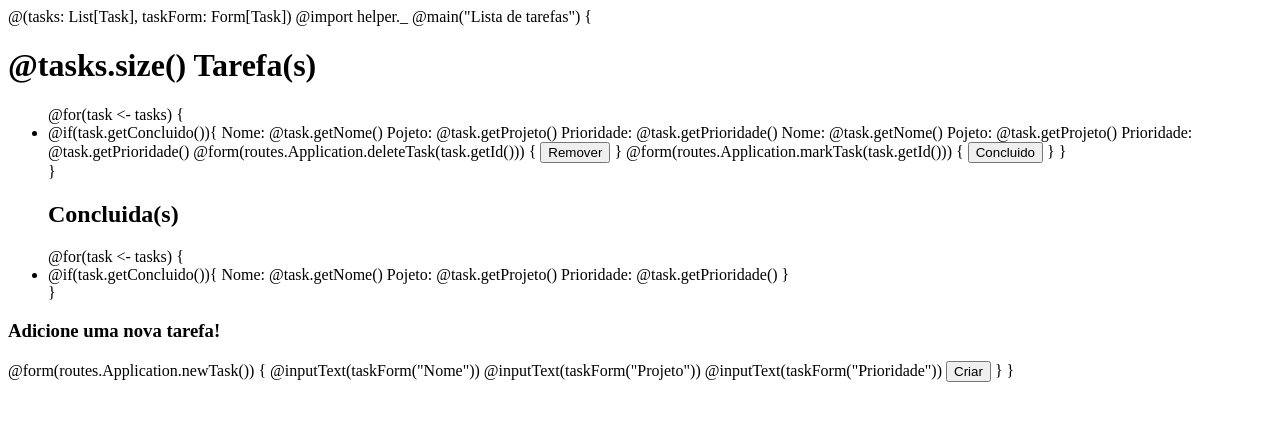
Repository: lcavalcante/si1
Page: lab2/.target/views/index.scala.html
An editor plug-in stored every save of this project. The page is shown before and after the next save, followed by the edit.
The browser window is 1280 px wide. The pictures show the whole page.

Above is the page before, as saved 2013-11-27 00:35:56.

After the next save:
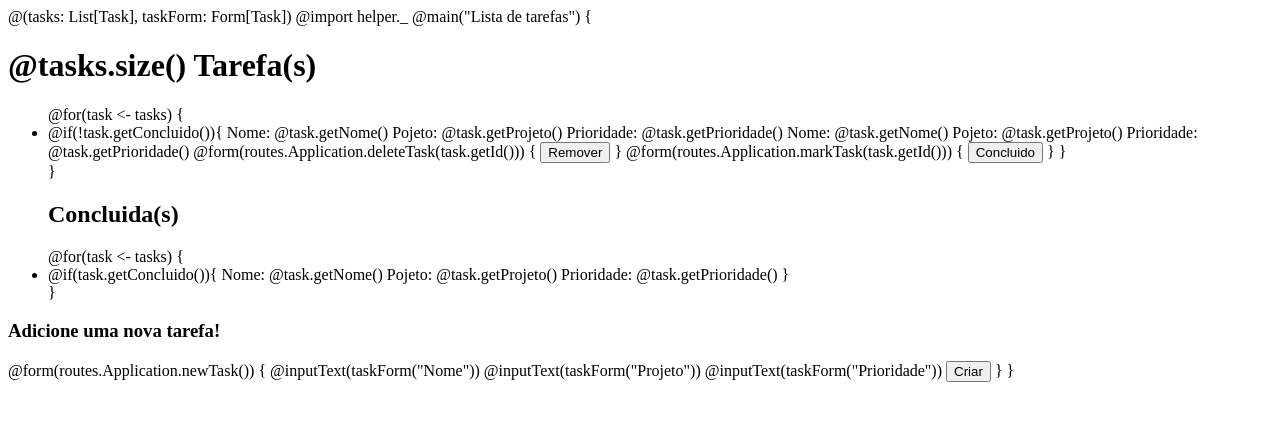
Saved 37 s later.
--- a/lab2/.target/views/index.scala.html
+++ b/lab2/.target/views/index.scala.html
@@ -9,7 +9,7 @@
     <ul>
         @for(task <- tasks) {
             <li>
-                @if(task.getConcluido()){
+                @if(!task.getConcluido()){
 
                 Nome: @task.getNome() Pojeto: @task.getProjeto() Prioridade: @task.getPrioridade()
 
